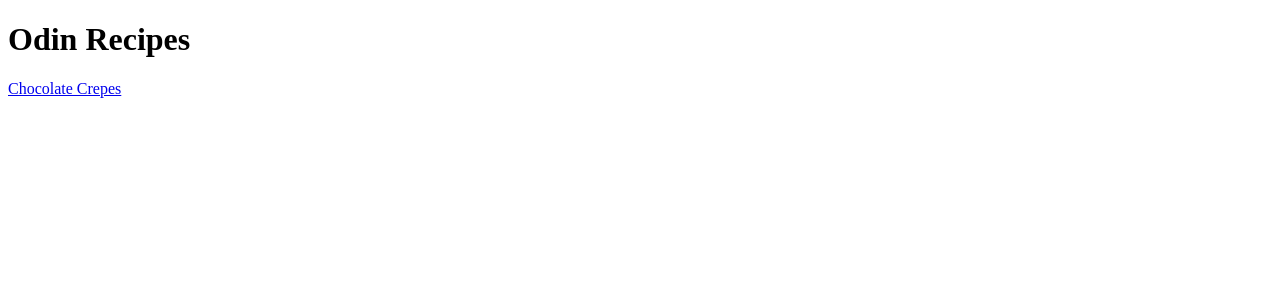
Repository: Mervens/odin-recipes
Page: index.html
An editor plug-in stored every save of this project. The page is shown before and after the next save, followed by the edit.
The browser window is 1280 px wide. The pictures show the whole page.

Above is the page before, as saved 2025-06-18 11:59:41.

After the next save:
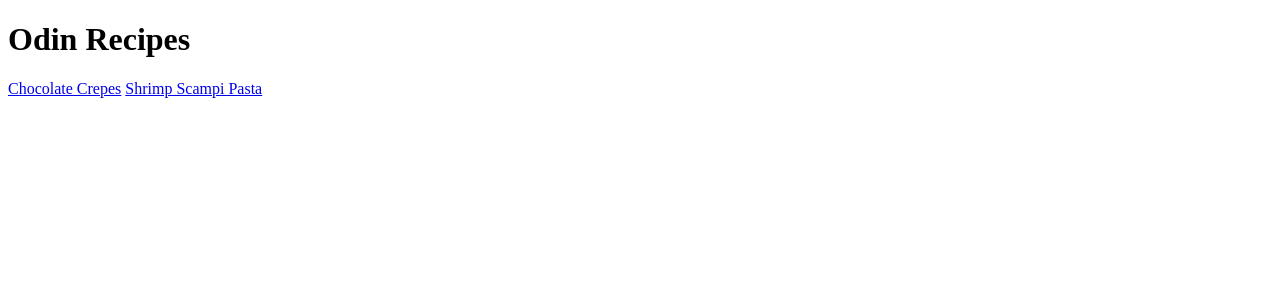
Saved 65 s later.
--- a/index.html
+++ b/index.html
@@ -10,6 +10,7 @@
 <body>
     <h1>Odin Recipes</h1>
     <a href="./recipes/crepe.html">Chocolate Crepes</a>
+    <a href="./recipes/pasta.html">Shrimp Scampi Pasta</a>
 
 </body>
 
